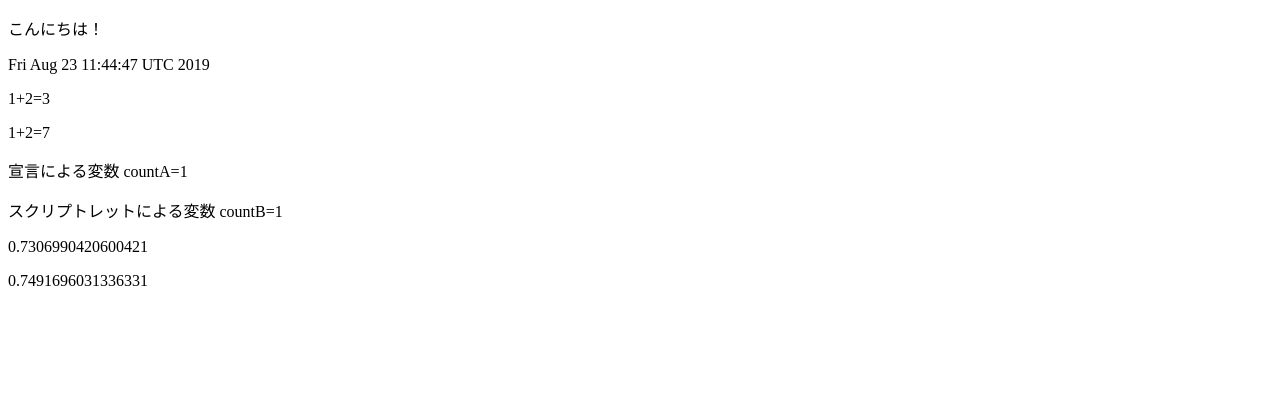
Repository: yoshida930/test
Page: http://localhost/HelloJSP/
These files come from the project's save history. The page is drawn as it stood at one moment and after the next save; the edit follows.
The browser window is 1280 px wide. The pictures show the whole page.
The page is served by Tomcat 9.

Above is the page before, as saved 2019-08-26 10:20:22.

### HelloJSP/WebContent/index.jsp
<%@ page language="java" contentType="text/html; charset=UTF-8" pageEncoding="UTF-8" %>
<!DOCTYPE html>
<html>
 <head>
 <meta charset=" UTF-8">
 <title>TEST</title>
</head>
<body>
<p>こんにちは！<p>
<% out.println(new java.util.Date()); %>
<%!
int add(int a, int b){
        return a+b;
        }
        %>

  <p>1+2=<%=add(1,2) %><p>
  <p>1+2=<%=add(3,4) %><p>
  <%! int countA=0; %>
  <% int countB=0;
     countA++;
     countB++;
     %>
     <p>宣言による変数 countA=<%=countA %><p>
     <p>スクリプトレットによる変数 countB=<%=countB %><p>
     <p><% out.println(Math.random()); %><p>
     <p><%=Math.random() %><p>
</body>
</html>

After the next save:
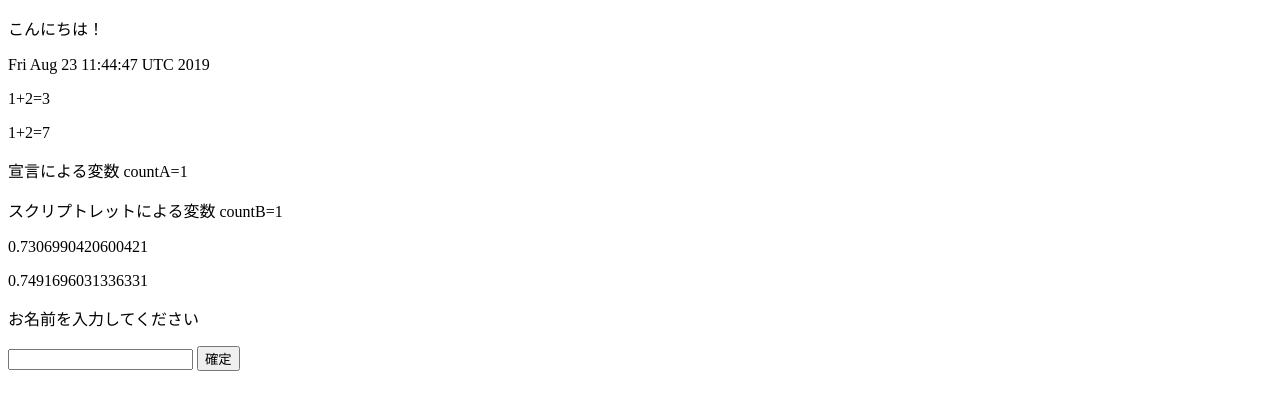
Saved 4 min 0 s later.
--- a/HelloJSP/WebContent/index.jsp
+++ b/HelloJSP/WebContent/index.jsp
@@ -25,5 +25,10 @@ int add(int a, int b){
      <p>スクリプトレットによる変数 countB=<%=countB %><p>
      <p><% out.println(Math.random()); %><p>
      <p><%=Math.random() %><p>
+     <p>お名前を入力してください<p>
+     <form method="post" action="greeting-out.jsp">
+     <input type="text" name="user">
+     <input type="submit" value="確定">
+     </form>
 </body>
 </html>
